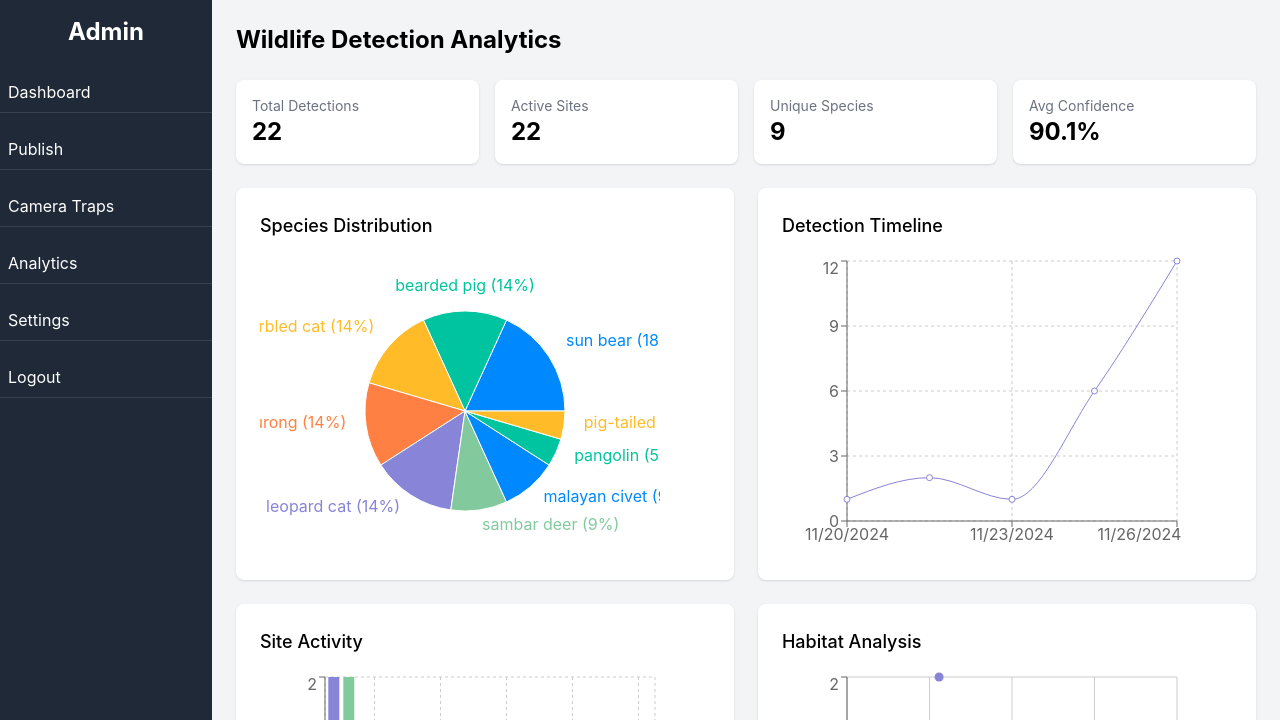
Repository: DominicMathew240/wildlife
Page: /pages/admin/dashboard/analytics
These files come from the project's save history. The page is drawn as it stood at one moment and after the next save; the edit follows.
The browser window is 1280 px wide. The pictures show the whole page.
An inner scrolling area shows only its first screen. Some web libraries are served in a nearby version. The project was rebuilt for these pictures with package versions that can differ from the ones it lists, and the page was loaded fresh each time. The framework's server and built-in components were replaced by stand-ins that run in the browser. Also part of the build but not shown: next.config.mjs.

Above is the page before, as saved 2024-11-25 23:57:56.

### src/app/layout.js
import localFont from "next/font/local";
import "./globals.css";

const geistSans = localFont({
  src: "./fonts/GeistVF.woff",
  variable: "--font-geist-sans",
  weight: "100 900",
});
const geistMono = localFont({
  src: "./fonts/GeistMonoVF.woff",
  variable: "--font-geist-mono",
  weight: "100 900",
});

export const metadata = {
  title: "Wild Life",
  description: "Wild Life of Sarawak",
};

export default function RootLayout({ children }) {
  return (
    <html lang="en">
      <head>
        <link href="https://cdn.jsdelivr.net/npm/flowbite@2.5.1/dist/flowbite.min.css" rel="stylesheet" />
      </head>
      <body className={`${geistSans.variable} ${geistMono.variable} antialiased`} >
        {children}

        <script src="https://cdn.jsdelivr.net/npm/flowbite@2.5.1/dist/flowbite.min.js"></script>
      </body>
    </html>
  );
}

### src/app/pages/admin/dashboard/analytics/page.js
"use client";

import React, { useState, useEffect } from 'react';
import { BarChart, Bar, XAxis, YAxis, CartesianGrid, Tooltip, Legend, PieChart, Pie, Cell, LineChart, Line, ScatterChart, Scatter } from 'recharts';
import Sidebar from "../../components/sidebar";
import { createClient } from '@vercel/postgres';


export default function Analytics() {
  // Mock data matching our database schema
  const detectionData = [
    { site_id: '0002-A', species: 'sun bear', confidence: 0.89, timestamp: '2024-11-20 14:23:15' },
    { site_id: '0002-A', species: 'bearded pig', confidence: 0.95, timestamp: '2024-11-25 15:45:32' },
    { site_id: '0002-B', species: 'marbled cat', confidence: 0.88, timestamp: '2024-11-23 16:12:45' },
    { site_id: '0002-C', species: 'sambar deer', confidence: 0.92, timestamp: '2024-11-22 17:30:21' },
    { site_id: '0002-D', species: 'binturong', confidence: 0.87, timestamp: '2024-11-22 18:45:33' },
    { site_id: '0003-A', species: 'sun bear', confidence: 0.91, timestamp: '2024-11-25 19:15:42' },
    { site_id: '0003-B', species: 'pangolin', confidence: 0.86, timestamp: '2024-11-25 20:25:18' },
    { site_id: '0003-C', species: 'leopard cat', confidence: 0.93, timestamp: '2024-11-25 21:35:44' },
    { site_id: '0003-D', species: 'leopard cat', confidence: 0.89, timestamp: '2024-11-25 22:45:12' },
    { site_id: '0004-A', species: 'malayan civet', confidence: 0.90, timestamp: '2024-11-25 23:15:33' },
    { site_id: '0004-B', species: 'pig-tailed macaque', confidence: 0.88, timestamp: '2024-11-26 00:25:42' },
    { site_id: '0004-C', species: 'sun bear', confidence: 0.92, timestamp: '2024-11-26 01:35:18' },
    { site_id: '0004-D', species: 'bearded pig', confidence: 0.94, timestamp: '2024-11-26 02:45:55' },
    { site_id: '0005-A', species: 'marbled cat', confidence: 0.87, timestamp: '2024-11-26 03:15:22' },
    { site_id: '0005-B', species: 'binturong', confidence: 0.89, timestamp: '2024-11-26 04:25:44' },
    { site_id: '0005-C', species: 'sambar deer', confidence: 0.93, timestamp: '2024-11-26 05:35:16' },
    { site_id: '0006-A', species: 'leopard cat', confidence: 0.90, timestamp: '2024-11-26 06:15:33' },
    { site_id: '0006-B', species: 'malayan civet', confidence: 0.88, timestamp: '2024-11-26 07:25:47' },
    { site_id: '0006-C', species: 'sun bear', confidence: 0.91, timestamp: '2024-11-26 08:35:19' },
    { site_id: '0001-A', species: 'bearded pig', confidence: 0.89, timestamp: '2024-11-26 09:15:28' },
    { site_id: '0001-B', species: 'binturong', confidence: 0.92, timestamp: '2024-11-26 10:25:45' },
    { site_id: '0001-C', species: 'marbled cat', confidence: 0.90, timestamp: '2024-11-26 11:35:12' }
];

const siteData = [
    { site_id: '0002-A', elevation_m: 279, forest_cover: 95, canopy_height: 35, water_occurrence: 12, distance_to_road: 0, human_population: 0 },
    { site_id: '0002-B', elevation_m: 308, forest_cover: 97, canopy_height: 43, water_occurrence: 0, distance_to_road: 0, human_population: 0 },
    { site_id: '0002-C', elevation_m: 374, forest_cover: 93, canopy_height: 41, water_occurrence: 0, distance_to_road: 1414.213501, human_population: 0 },
    { site_id: '0002-D', elevation_m: 382, forest_cover: 97, canopy_height: 39, water_occurrence: 0, distance_to_road: 2000, human_population: 0 },
    { site_id: '0002-E', elevation_m: 471, forest_cover: 93, canopy_height: 37, water_occurrence: 0, distance_to_road: 1000, human_population: 0 },
    { site_id: '0003-A', elevation_m: 337, forest_cover: 98, canopy_height: 44, water_occurrence: 0, distance_to_road: 2828.427002, human_population: 0 },
    { site_id: '0003-B', elevation_m: 337, forest_cover: 98, canopy_height: 44, water_occurrence: 0, distance_to_road: 2000, human_population: 0 },
    { site_id: '0003-C', elevation_m: 558, forest_cover: 95, canopy_height: 44, water_occurrence: 0, distance_to_road: 0, human_population: 0 },
    { site_id: '0003-D', elevation_m: 429, forest_cover: 98, canopy_height: 40, water_occurrence: 0, distance_to_road: 0, human_population: 0 },
    { site_id: '0004-A', elevation_m: 439, forest_cover: 98, canopy_height: 41, water_occurrence: 0, distance_to_road: 0, human_population: 0 },
    { site_id: '0004-B', elevation_m: 297, forest_cover: 98, canopy_height: 38, water_occurrence: 0, distance_to_road: 1000, human_population: 0 },
    { site_id: '0004-C', elevation_m: 648, forest_cover: 94, canopy_height: 34, water_occurrence: 0, distance_to_road: 0, human_population: 0 },
    { site_id: '0004-D', elevation_m: 869, forest_cover: 92, canopy_height: 40, water_occurrence: 0, distance_to_road: 2828.427002, human_population: 0 },
    { site_id: '0005-A', elevation_m: 667, forest_cover: 98, canopy_height: 42, water_occurrence: 0, distance_to_road: 0, human_population: 0 },
    { site_id: '0005-B', elevation_m: 667, forest_cover: 98, canopy_height: 42, water_occurrence: 0, distance_to_road: 0, human_population: 0 },
    { site_id: '0005-C', elevation_m: 15, forest_cover: 92, canopy_height: 20, water_occurrence: 0, distance_to_road: 4472.13623, human_population: 0 },
    { site_id: '0006-A', elevation_m: 104, forest_cover: 89, canopy_height: 19, water_occurrence: 0, distance_to_road: 1000, human_population: 0 },
    { site_id: '0006-B', elevation_m: 549, forest_cover: 94, canopy_height: 30, water_occurrence: 0, distance_to_road: 1000, human_population: 0 },
    { site_id: '0006-C', elevation_m: 367, forest_cover: 91, canopy_height: 28, water_occurrence: 0, distance_to_road: 1000, human_population: 7.454078674 },
    { site_id: '0001-A', elevation_m: 72, forest_cover: 93, canopy_height: 23, water_occurrence: 0, distance_to_road: 0, human_population: 3.773095846 },
    { site_id: '0001-B', elevation_m: 300, forest_cover: 92, canopy_height: 37, water_occurrence: 0, distance_to_road: 3605.55127, human_population: 0 },
    { site_id: '0001-C', elevation_m: 281, forest_cover: 95, canopy_height: 31, water_occurrence: 0, distance_to_road: 2236.068115, human_population: 0 }
];

  const getSpeciesStats = () => {
    const stats = {};
    detectionData.forEach(det => {
      if (!stats[det.species]) {
        stats[det.species] = {
          count: 0,
          avgConfidence: 0,
          sites: new Set()
        };
      }
      stats[det.species].count++;
      stats[det.species].avgConfidence += det.confidence;
      stats[det.species].sites.add(det.site_id);
    });

    return Object.entries(stats).map(([species, data]) => ({
      species,
      count: data.count,
      avgConfidence: (data.avgConfidence / data.count * 100).toFixed(1),
      siteCount: data.sites.size
    })).sort((a, b) => b.count - a.count);
  };

  const getSiteStats = () => {
    return siteData.map(site => ({
      ...site,
      detectionCount: detectionData.filter(d => d.site_id === site.site_id).length,
      uniqueSpecies: new Set(detectionData.filter(d => d.site_id === site.site_id).map(d => d.species)).size
    }));
  };

  const getTimeSeriesData = () => {
    const timeData = {};
    detectionData.forEach(det => {
      const date = new Date(det.timestamp).toLocaleDateString();
      timeData[date] = (timeData[date] || 0) + 1;
    });
    return Object.entries(timeData)
      .map(([date, count]) => ({ date, count }))
      .sort((a, b) => new Date(a.date) - new Date(b.date));
  };

  const COLORS = ['#0088FE', '#00C49F', '#FFBB28', '#FF8042', '#8884d8', '#82ca9d'];

  return (
    <div className="flex flex-row h-screen bg-gray-100">
      <Sidebar />
      <div className="w-full p-6 overflow-y-auto">
        <h1 className="text-2xl font-bold mb-6">Wildlife Detection Analytics</h1>

        {/* Overview Cards */}
        <div className="grid grid-cols-1 md:grid-cols-4 gap-4 mb-6">
          <div className="bg-white p-4 rounded-lg shadow">
            <h3 className="text-gray-500 text-sm">Total Detections</h3>
            <p className="text-2xl font-bold">{detectionData.length}</p>
          </div>
          <div className="bg-white p-4 rounded-lg shadow">
            <h3 className="text-gray-500 text-sm">Active Sites</h3>
            <p className="text-2xl font-bold">{siteData.length}</p>
          </div>
          <div className="bg-white p-4 rounded-lg shadow">
            <h3 className="text-gray-500 text-sm">Unique Species</h3>
            <p className="text-2xl font-bold">{new Set(detectionData.map(d => d.species)).size}</p>
          </div>
          <div className="bg-white p-4 rounded-lg shadow">
            <h3 className="text-gray-500 text-sm">Avg Confidence</h3>
            <p className="text-2xl font-bold">
              {(detectionData.reduce((acc, det) => acc + det.confidence, 0) / detectionData.length * 100).toFixed(1)}%
            </p>
          </div>
        </div>

        {/* Charts */}
        <div className="grid grid-cols-1 md:grid-cols-2 gap-6 mb-6">
          <div className="bg-white p-6 rounded-lg shadow">
            <h3 className="text-lg font-medium mb-4">Species Distribution</h3>
            <PieChart width={400} height={300}>
              <Pie
                data={getSpeciesStats()}
                cx={200}
                cy={150}
                labelLine={false}
                outerRadius={100}
                dataKey="count"
                nameKey="species"
                label={({ species, percent }) => `${species} (${(percent * 100).toFixed(0)}%)`}
              >
                {getSpeciesStats().map((entry, index) => (
                  <Cell key={`cell-${index}`} fill={COLORS[index % COLORS.length]} />
                ))}
              </Pie>
              <Tooltip />
            </PieChart>
          </div>

          <div className="bg-white p-6 rounded-lg shadow">
            <h3 className="text-lg font-medium mb-4">Detection Timeline</h3>
            <LineChart width={400} height={300} data={getTimeSeriesData()}>
              <CartesianGrid strokeDasharray="3 3" />
              <XAxis dataKey="date" />
              <YAxis />
              <Tooltip />
              <Line type="monotone" dataKey="count" stroke="#8884d8" />
            </LineChart>
          </div>

          <div className="bg-white p-6 rounded-lg shadow">
            <h3 className="text-lg font-medium mb-4">Site Activity</h3>
            <BarChart width={400} height={300} data={getSiteStats().slice(0, 10)}>
              <CartesianGrid strokeDasharray="3 3" />
              <XAxis dataKey="site_id" />
              <YAxis />
              <Tooltip />
              <Legend />
              <Bar dataKey="detectionCount" fill="#8884d8" name="Detections" />
              <Bar dataKey="uniqueSpecies" fill="#82ca9d" name="Unique Species" />
            </BarChart>
          </div>

          <div className="bg-white p-6 rounded-lg shadow">
            <h3 className="text-lg font-medium mb-4">Habitat Analysis</h3>
            <ScatterChart width={400} height={300}>
              <CartesianGrid />
              <XAxis type="number" dataKey="elevation_m" name="Elevation (m)" />
              <YAxis type="number" dataKey="detectionCount" name="Detection Count" />
              <Tooltip cursor={{ strokeDasharray: '3 3' }} />
              <Scatter name="Sites" data={getSiteStats()} fill="#8884d8" />
            </ScatterChart>
          </div>
        </div>

        {/* Detailed Tables */}
        <div className="grid grid-cols-1 gap-6">
          <div className="bg-white p-6 rounded-lg shadow">
            <h3 className="text-lg font-medium mb-4">Latest Detections</h3>
            <div className="overflow-x-auto">
              <table className="min-w-full">
                <thead>
                  <tr className="bg-gray-50">
                    <th className="p-2">Time</th>
                    <th className="p-2">Site</th>
                    <th className="p-2">Species</th>
                    <th className="p-2">Confidence</th>
                  </tr>
                </thead>
                <tbody>
                  {detectionData.slice(0, 10).map((detection, idx) => (
                    <tr key={idx} className="border-t">
                      <td className="p-2">{new Date(detection.timestamp).toLocaleString()}</td>
                      <td className="p-2">{detection.site_id}</td>
                      <td className="p-2">{detection.species}</td>
                      <td className="p-2">{(detection.confidence * 100).toFixed(1)}%</td>
                    </tr>
                  ))}
                </tbody>
              </table>
            </div>
          </div>

          <div className="bg-white p-6 rounded-lg shadow">
            <h3 className="text-lg font-medium mb-4">Site Performance</h3>
            <div className="overflow-x-auto">
              <table className="min-w-full">
                <thead>
                  <tr className="bg-gray-50">
                    <th className="p-2">Site ID</th>
                    <th className="p-2">Elevation (m)</th>
                    <th className="p-2">Forest Cover (%)</th>
                    <th className="p-2">Canopy Height (m)</th>
                    <th className="p-2">Total Detections</th>
                    <th className="p-2">Unique Species</th>
                  </tr>
                </thead>
                <tbody>
                  {getSiteStats().map((site, idx) => (
                    <tr key={idx} className="border-t">
                      <td className="p-2">{site.site_id}</td>
                      <td className="p-2">{site.elevation_m}</td>
                      <td className="p-2">{site.forest_cover}</td>
                      <td className="p-2">{site.canopy_height}</td>
                      <td className="p-2">{site.detectionCount}</td>
                      <td className="p-2">{site.uniqueSpecies}</td>
                    </tr>
                  ))}
                </tbody>
              </table>
            </div>
          </div>
        </div>
      </div>
    </div>
  );
}

### src/app/globals.css
@tailwind base;
@tailwind components;
@tailwind utilities;

.thank-you-animation {
    font-size: 3rem;
    animation: bounce 1s infinite;
}

@keyframes bounce {
    0%, 100% {
        transform: translateY(0);
    }
    50% {
        transform: translateY(-20px);
    }
}

html {
    scroll-behavior: smooth;
}

### src/app/pages/admin/components/sidebar.js
import React from "react";
import Link from "next/link";

export default function Sidebar() {
    return (
        <aside className="flex flex-col justify-start items-center w-64 h-screen bg-gray-800 text-white">
            <h1 className="text-2xl font-bold mt-4">Admin</h1>
            <ul className="flex flex-col justify-start items-center w-full mt-4">
                <Link href="/pages/admin/dashboard" className="w-full p-2 my-2 border-b border-gray-700">Dashboard</Link>
                <Link href="/pages/admin/dashboard/admin_publish" className="w-full p-2 my-2 border-b border-gray-700">Publish</Link>
                <Link href="/pages/admin/dashboard/camera_traps" className="w-full p-2 my-2 border-b border-gray-700">Camera Traps</Link>
                <Link href="/pages/admin/dashboard/analytics" className="w-full p-2 my-2 border-b border-gray-700">Analytics</Link>
                <Link href="/pages/admin/dashboard/admin_roles" className="w-full p-2 my-2 border-b border-gray-700">Settings</Link>
                <a href="/" className="w-full p-2 my-2 border-b border-gray-700">Logout</a>
            </ul>
        </aside>
    );
}

Loaded but not shown: tailwind.config.js (common file)

After the next save:
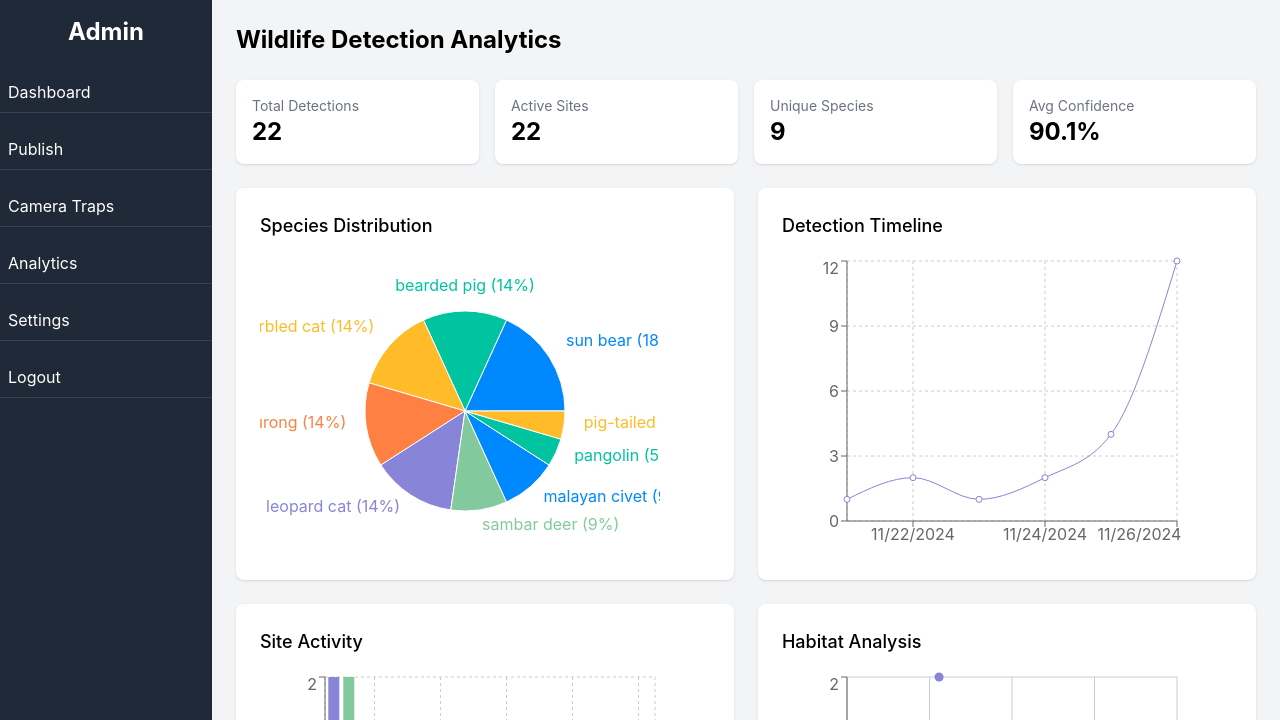
Saved 4 s later.
--- a/src/app/pages/admin/dashboard/analytics/page.js
+++ b/src/app/pages/admin/dashboard/analytics/page.js
@@ -14,8 +14,8 @@ export default function Analytics() {
     { site_id: '0002-B', species: 'marbled cat', confidence: 0.88, timestamp: '2024-11-23 16:12:45' },
     { site_id: '0002-C', species: 'sambar deer', confidence: 0.92, timestamp: '2024-11-22 17:30:21' },
     { site_id: '0002-D', species: 'binturong', confidence: 0.87, timestamp: '2024-11-22 18:45:33' },
-    { site_id: '0003-A', species: 'sun bear', confidence: 0.91, timestamp: '2024-11-25 19:15:42' },
-    { site_id: '0003-B', species: 'pangolin', confidence: 0.86, timestamp: '2024-11-25 20:25:18' },
+    { site_id: '0003-A', species: 'sun bear', confidence: 0.91, timestamp: '2024-11-24 19:15:42' },
+    { site_id: '0003-B', species: 'pangolin', confidence: 0.86, timestamp: '2024-11-24 20:25:18' },
     { site_id: '0003-C', species: 'leopard cat', confidence: 0.93, timestamp: '2024-11-25 21:35:44' },
     { site_id: '0003-D', species: 'leopard cat', confidence: 0.89, timestamp: '2024-11-25 22:45:12' },
     { site_id: '0004-A', species: 'malayan civet', confidence: 0.90, timestamp: '2024-11-25 23:15:33' },
